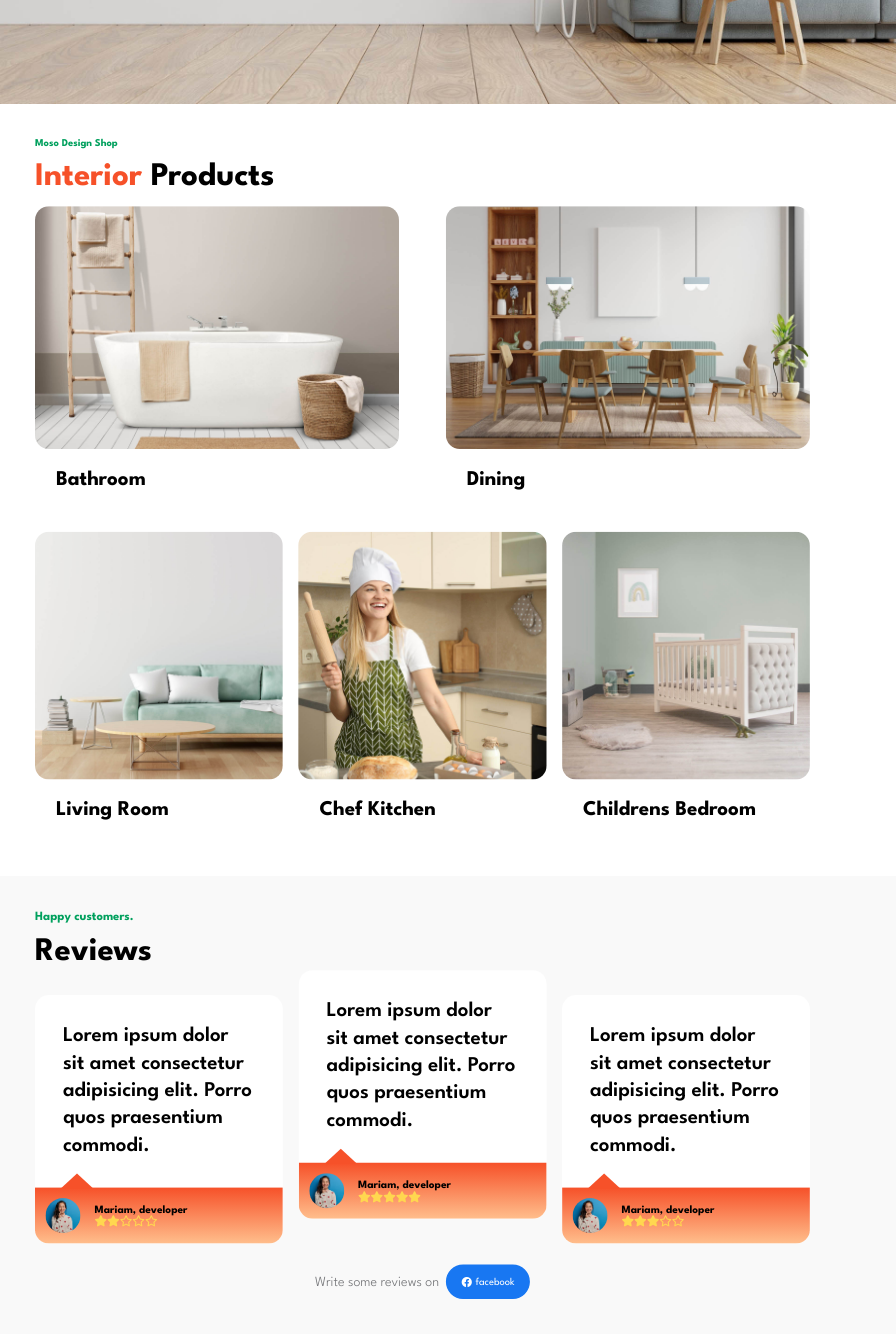
Repository: mariamnabil23/furniture
Page: index.html
These files come from the project's save history. The page is drawn as it stood at one moment and after a run of saves; the edit follows.
The browser window is 1280 px wide. The pictures show the part of the page from y = 1872 to 3792 px (the page is 3777 px tall before and 3792 px after), at 70% of full size.
Some web fonts or font styles are not loaded; a fallback is used.

Above is the page before, as saved 2024-10-31 10:19:29.

After the next 2 saves:
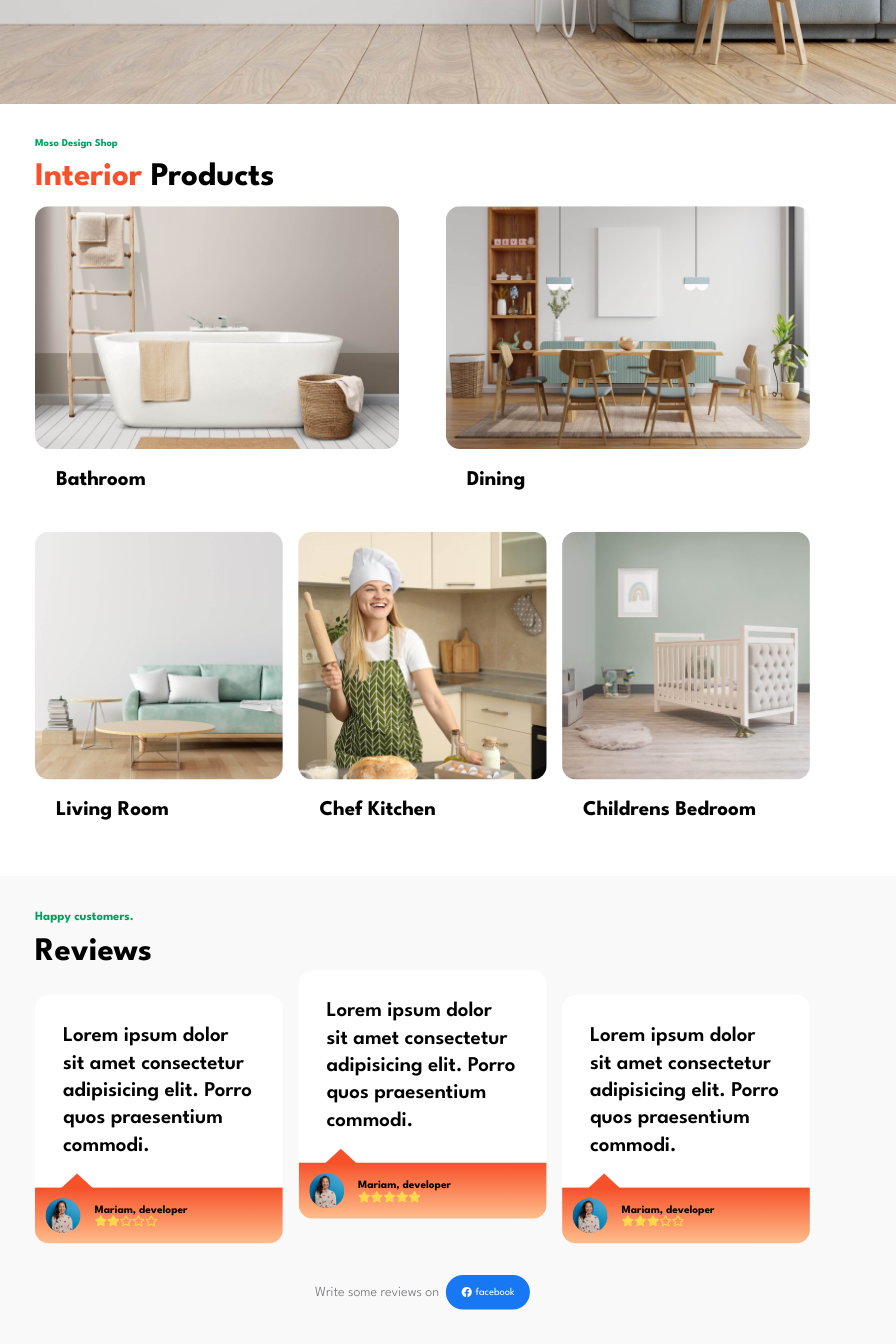
The 2 saves are shown as one change because they came seconds apart.
The last was saved 4 min 24 s later.
--- a/style.css
+++ b/style.css
@@ -436,22 +436,26 @@ h2 {
     border-radius: 50%;
     object-fit: cover;
 }
+
 .reviews .bottom,
-.reviews .bottom .box-btn{
+.reviews .bottom .box-btn {
     display: flex;
     align-items: center;
     justify-content: center;
 }
-.reviews .bottom{
-    margin-top: 30px;
-}
-.reviews .bottom p{
+
+.reviews .bottom {
+    margin-top: 45px;
+}
+
+.reviews .bottom p {
     color: #717275;
     font-size: 20px;
     font-weight: 300;
     padding-right: 10px;
 }
-.reviews .bottom .box-btn{
+
+.reviews .bottom .box-btn {
     background-color: #1877f2;
     color: white;
     padding: 6px;
@@ -462,10 +466,12 @@ h2 {
     font-weight: 400;
     border: 2px solid #1877f2
 }
-.reviews .bottom .box-btn:hover{
+
+.reviews .bottom .box-btn:hover {
     background-color: white;
     color: #1877f2;
 }
-.reviews .bottom .box-btn i{
+
+.reviews .bottom .box-btn i {
     padding-right: 5px;
 }
